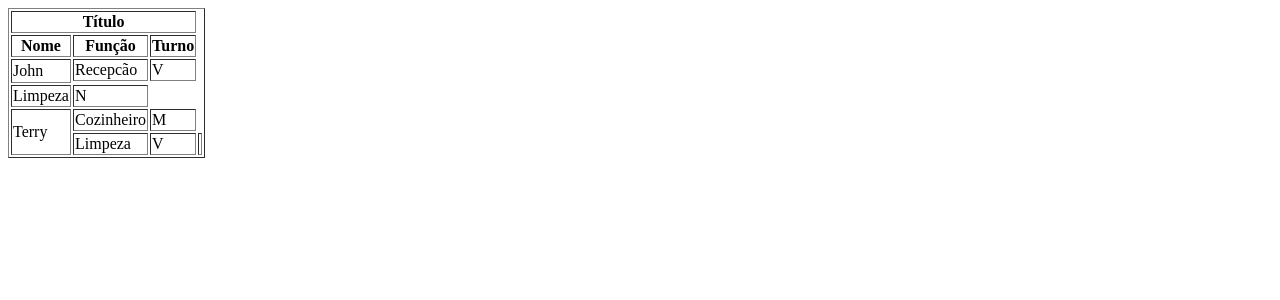
Repository: AndreiLGomes/faculdade
Page: 2 ano/WorkspaceTrilhaWeb/ProjetoTrilhaWeb/src/main/webapp/teste.html
The author's editor kept a copy of each file at every save. The page is drawn from the files as they stood at one save, then again after the next save.
The browser window is 1280 px wide. The pictures show the whole page.

Above is the page before, as saved 2024-04-08 22:08:54.

### 2 ano/WorkspaceTrilhaWeb/ProjetoTrilhaWeb/src/main/webapp/teste.html
<table border=1>
	<tr>
		<th colspan="3">Título</th>
	</tr>
	<tr>
		<th>Nome</th>
		<th>Função</th>
		<th>Turno</th>
	</tr>
	<tr>
		<td rowspan="2">John</td>
		<td>Recepcão</td>
		<td>V</td>
	<tr>
	<tr>
		<td>Limpeza</td>
		<td>N</td>
	</tr>
	<tr>
		<td rowspan="2">Terry</td>
		<td>Cozinheiro</td>
		<td>M</td>
	</tr>
	<tr>
		<td>Limpeza</td>
		<td>V
		<td>
	</tr>
</table>

After the next save:
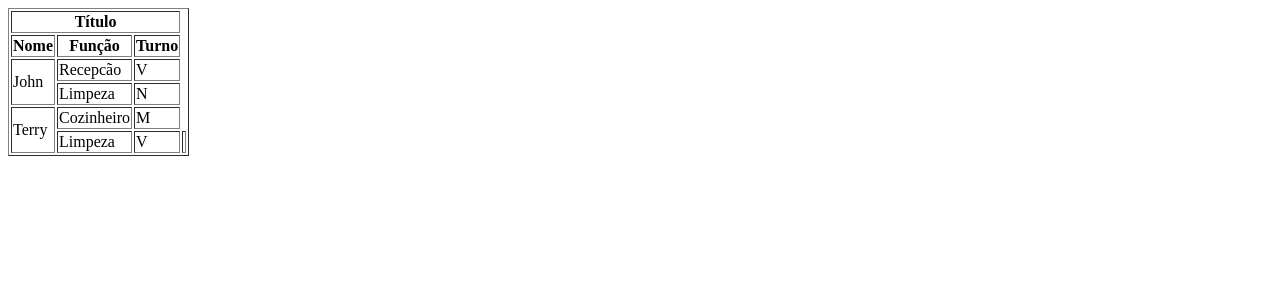
Saved 24 s later.
--- a/2 ano/WorkspaceTrilhaWeb/ProjetoTrilhaWeb/src/main/webapp/teste.html
+++ b/2 ano/WorkspaceTrilhaWeb/ProjetoTrilhaWeb/src/main/webapp/teste.html
@@ -11,7 +11,7 @@
 		<td rowspan="2">John</td>
 		<td>Recepcão</td>
 		<td>V</td>
-	<tr>
+	</tr>
 	<tr>
 		<td>Limpeza</td>
 		<td>N</td>
